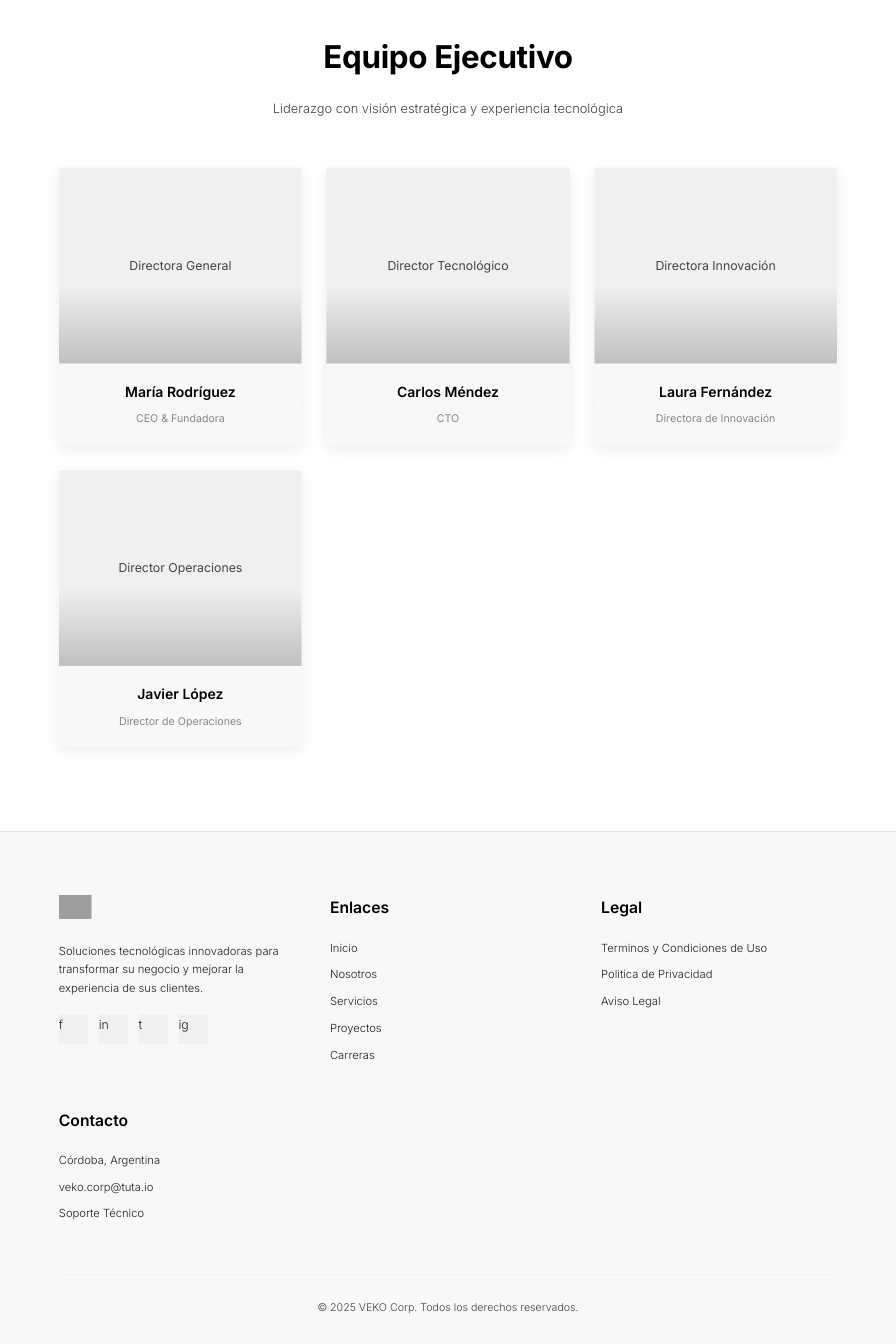
Repository: VEKO-Corp/veko-web
Page: index.html
The author's editor kept a copy of each file at every save. The page is drawn from the files as they stood at one save, then again after the next save.
The browser window is 1280 px wide. The pictures show the part of the page from y = 2936 to 4856 px (the page is 4856 px tall before and 4827 px after), at 70% of full size.
Pictures or frames that could not be fetched are drawn as grey boxes.

Above is the page before, as saved 2025-08-11 20:29:48.

After the next save:
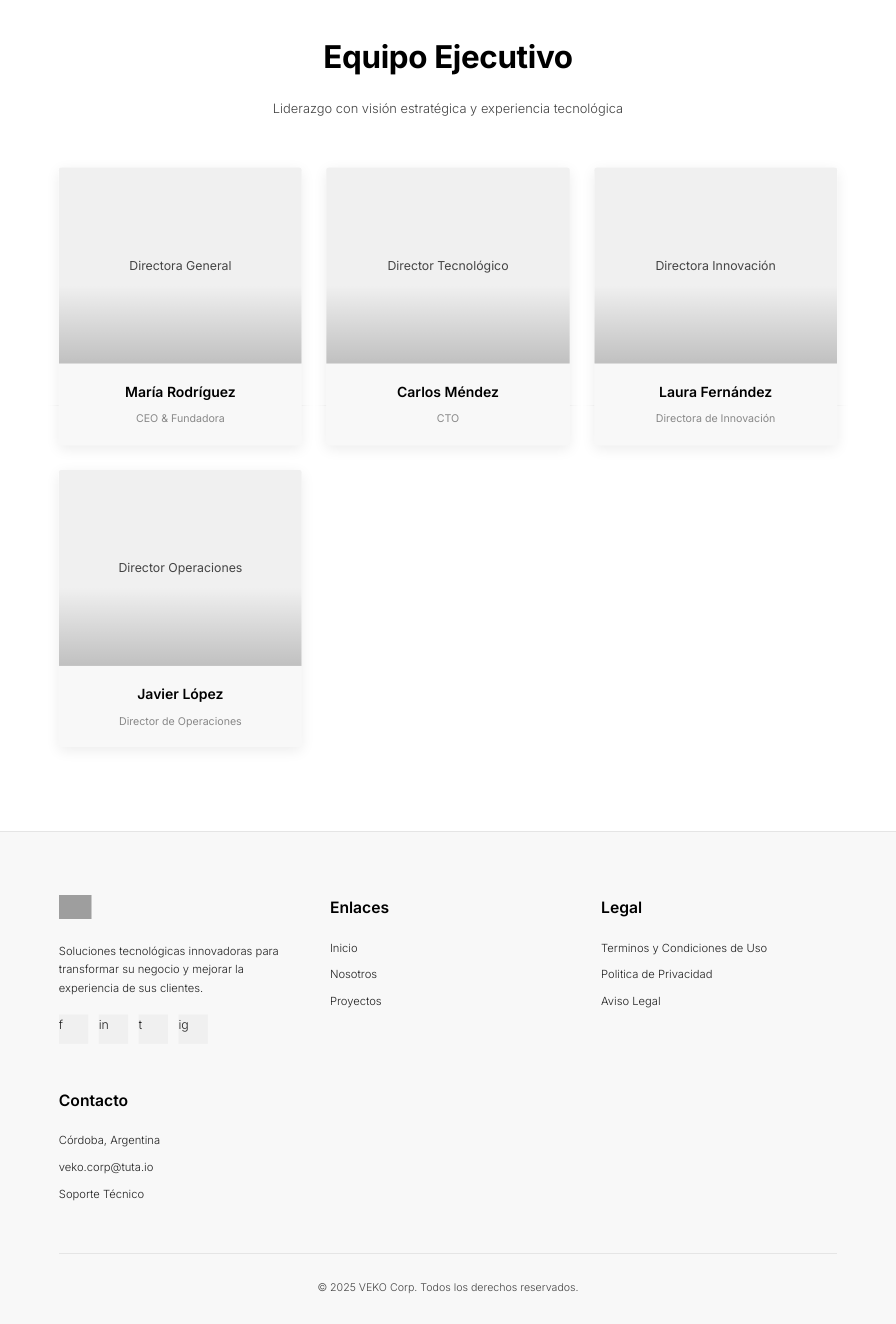
Saved 12 s later.
--- a/index.html
+++ b/index.html
@@ -180,15 +180,13 @@
                     <h3>Enlaces</h3>
                     <a href="index.html">Inicio</a>
                     <a href="nosotros.html">Nosotros</a>
-                    <a href="servicios.html">Servicios</a>
                     <a href="proyectos.html">Proyectos</a>
-                    <a href="carreras.html">Carreras</a>
                 </div>
 
                 <div class="footer-column fade-in delay-2">
                     <h3>Legal</h3>
                     <a href="terminos-y-condiciones-de-uso.html">Terminos y Condiciones de Uso</a>
-                    <a href="spolitica-de-privacidad.html">Politica de Privacidad</a>
+                    <a href="politica-de-privacidad.html">Politica de Privacidad</a>
                     <a href="aviso-legal.html">Aviso Legal</a>
                 </div>
 
